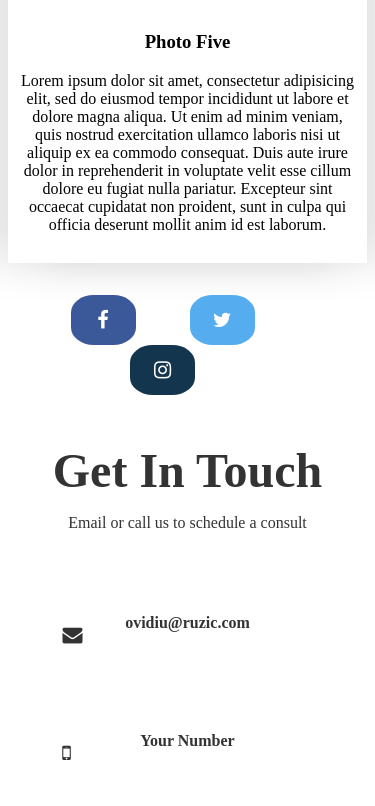
Repository: konstantin0s/mobile-photography
Page: index.html
The author's editor kept a copy of each file at every save. The page is drawn from the files as they stood at one save, then again after the next save.
The browser window is 375 px wide. The pictures show the part of the page from y = 3045 to 3901 px (the page is 3851 px tall before and 3901 px after).

Above is the page before, as saved 2019-05-11 15:17:15.

### index.html
<!DOCTYPE html>
<html lang="en" dir="ltr">
  <head>
    <meta charset="utf-8">
    <meta name="viewport" content="width=device-width, initial-scale=1.0">
    <meta http-equiv="X-UA-Compatible" content="ie=edge">
    <link rel="stylesheet" href="https://cdnjs.cloudflare.com/ajax/libs/font-awesome/4.7.0/css/font-awesome.min.css">
    <link rel="stylesheet" href="css/style.css">

    <title>Mobile Photography</title>
  </head>
  <body>
<main>
  <div id="landing" class="">
    <div id="landing-text" class="">
      <div id="landing-text-inner" class="">
       <img id="logo" src="img/logos.png" />
       <h1>Photography</h1>
        <a href="#images" class="btn" id="view-work">
          View Work
        </a>
      </div>
    </div>
    <div id="landing-image" class="">

    </div>
  </div>

  <div id="images" class="">
<div id="header">
  <h2>Our Work</h2>
</div>
<img src="https://source.unsplash.com/1600x900/?nature,water" alt="">
<div class="caption">
  <h3>Photo One</h3>
  <p>
    Lorem ipsum dolor sit amet, consectetur adipisicing elit, sed do eiusmod tempor incididunt ut labore et dolore magna aliqua. Ut enim ad minim veniam, quis nostrud exercitation ullamco laboris nisi ut aliquip ex ea commodo consequat. Duis aute irure dolor in reprehenderit in voluptate velit esse cillum dolore eu fugiat nulla pariatur. Excepteur sint occaecat cupidatat non proident, sunt in culpa qui officia deserunt mollit anim id est laborum.

  </p>
</div>

<img src="https://source.unsplash.com/1600x900/?nature,clouds" alt="">
<div class="caption">
  <h3>Photo Two</h3>
  <p>
    Lorem ipsum dolor sit amet, consectetur adipisicing elit, sed do eiusmod tempor incididunt ut labore et dolore magna aliqua. Ut enim ad minim veniam, quis nostrud exercitation ullamco laboris nisi ut aliquip ex ea commodo consequat. Duis aute irure dolor in reprehenderit in voluptate velit esse cillum dolore eu fugiat nulla pariatur. Excepteur sint occaecat cupidatat non proident, sunt in culpa qui officia deserunt mollit anim id est laborum.

  </p>
</div>

<img src="https://source.unsplash.com/1600x900/?nature,animals" alt="">
<div class="caption">
  <h3>Photo Three</h3>
  <p>
    Lorem ipsum dolor sit amet, consectetur adipisicing elit, sed do eiusmod tempor incididunt ut labore et dolore magna aliqua. Ut enim ad minim veniam, quis nostrud exercitation ullamco laboris nisi ut aliquip ex ea commodo consequat. Duis aute irure dolor in reprehenderit in voluptate velit esse cillum dolore eu fugiat nulla pariatur. Excepteur sint occaecat cupidatat non proident, sunt in culpa qui officia deserunt mollit anim id est laborum.

  </p>
</div>

<img src="https://source.unsplash.com/1600x900/?nature,trees" alt="">
<div class="caption">
  <h3>Photo Four/h3>
  <p>
    Lorem ipsum dolor sit amet, consectetur adipisicing elit, sed do eiusmod tempor incididunt ut labore et dolore magna aliqua. Ut enim ad minim veniam, quis nostrud exercitation ullamco laboris nisi ut aliquip ex ea commodo consequat. Duis aute irure dolor in reprehenderit in voluptate velit esse cillum dolore eu fugiat nulla pariatur. Excepteur sint occaecat cupidatat non proident, sunt in culpa qui officia deserunt mollit anim id est laborum.

  </p>
</div>

<img src="https://source.unsplash.com/1600x900/?nature,flowers" alt="">
<div class="caption">
  <h3>Photo Five</h3>
  <p>
    Lorem ipsum dolor sit amet, consectetur adipisicing elit, sed do eiusmod tempor incididunt ut labore et dolore magna aliqua. Ut enim ad minim veniam, quis nostrud exercitation ullamco laboris nisi ut aliquip ex ea commodo consequat. Duis aute irure dolor in reprehenderit in voluptate velit esse cillum dolore eu fugiat nulla pariatur. Excepteur sint occaecat cupidatat non proident, sunt in culpa qui officia deserunt mollit anim id est laborum.

  </p>
</div>

  </div>

</main>

<footer>
    <a href="#" class="fa fa-facebook"></a>
    <a href="#" class="fa fa-twitter"></a>
    <a href="#" class="fa fa-instagram"></a>

  <h3>Get In Touch</h3>
  <p>Email or call us to schedule a consult</p>
 <div class="container">
    <i class="fa fa-envelope fa-5x" aria-hidden="true"></i
      ><p><strong>ovidiu@ruzic.com</strong>
    </p> <br />
    <i class="fa fa-mobile fa-5x" aria-hidden="true"></i>
     <p> <strong>Your Number</strong></p>
 </div>
</footer>
<script
src="https://code.jquery.com/jquery-3.3.1.min.js"
integrity="sha256-FgpCb/KJQlLNfOu91ta32o/NMZxltwRo8QtmkMRdAu8="
crossorigin="anonymous"></script>
<script type="text/javascript" src="js/main.js">

</script>
  </body>
</html>

### css/style.css
import url('https://fonts.googleapis.com/css?family=Open+Sans');

body {
  font-family: 'Open Sans', sans-serif;
  margin: 0;
  background-color: #eee;
  height: auto;
}

h1{
  font-weight: 400;
  font-size: 2.5rem;
  text-transform: uppercase;
  margin: 0;
  border-bottom: 1px solid black;
  top: -90px;
  position: relative;
}

h2 {
  font-weight: 400;
  font-size: 1.2rem;
  text-transform: capitalize;
  margin: 0;
}

img {
  display: block;
  width: 100%;
}

#logo {
  top: -80px;
  position: relative;
}

main {
  max-width: 900px;
  margin: auto;
  box-shadow: 30px 0px 40px rgba(0,0,0,0.1), -30px 0px 40px rgba(0,0,0,0.1);
}

#landing {
  background: #fff;
  }

#landing-text {
display: flex;
flex: 0 1 40vw;
height: 50vh;
justify-content: center;
align-items: center;
text-align: center;
padding-right: 1rem;
padding-left: 1rem;
}

#landing-text h2 {
  color: #888;
}
.btn {
  padding: 0.5rem 2rem;
  border: 1px #ccc solid;
  display: inline-block;
  margin: 2rem 0 0;
  border-radius: 50px;
  text-decoration: none;
  color: #333;
  transition: background 500ms ease;
}

#landing-image {
  background: url(https://source.unsplash.com/De8wMYoSSBc);
  background-position: center;
  background-size: cover;
  background-repeat: no-repeat;
  height: 50vh;
  flex: 0 1 60vw;
  margin: 0;
}

.btn:hover {
  background: #f4f4f4;
}

#header {
  padding: 1.5rem;
  text-align: center;
  background: #333;
  color: #fff;
}

#header h2 {
  border-left: dotted 1px #fff;
  border-right: dotted 1px #fff;
display: inline-block;
padding-right: 1rem;
padding-left: 1rem;
}

.caption {
  padding: 0.8rem;
  text-align: center;
}

footer {
  text-align: center;
  padding: 2rem 1rem;
  margin: auto;
  color: #333;
}

footer h3 {
  font-size: 3rem;
  margin-bottom: 0;
}

.fa {
  padding: 20px;
  margin-right: 50px;
  font-size: 30px;
  width: 50px;
  text-align: center;
  text-decoration: none;
  border-radius: 45%;
}

/* Add a hover effect if you want */
.fa:hover {
  opacity: 0.7;
}

/* Set a specific color for each brand */

/* Facebook */
.fa-facebook {
  background: #3B5998;
  color: white;
}

/* Twitter */
.fa-twitter {
  background: #55ACEE;
  color: white;
}

/* Instagram */
.fa-instagram {
  background: rgb(19, 53, 78);
  color: white;
}

/* Email & Phone*/

.fa-envelope {
  position: relative;
  left:-90px;
 top: 62px;
}

.fa-mobile {
  position: relative;
  left:-96px;
 top: 62px;
}

.container {
  display: flex;
 flex-direction: column;
 justify-content: space-evenly;
 align-items: center;
}

/* Screen size 500px and up*/
@media(min-width: 500px) {
  #landing {
    display: flex;
    height: 100%;
  }
  #landing-text {
    height: 100vh;
  }
  #landing-image {
    height: 100vh;
  }
}

/* Screen size 700px and up*/
@media(min-width: 700px) {
  .btn {
    padding: 1rem 3rem;
  }
}

/* Screen size 700px and up*/
@media(max-width: 500px) {
  .btn {
    padding: 1rem 3rem;
  }


  #logo {
    display: flex;
    width: 200px;
    height: 150px;
    flex-direction: column;
    top: -30px;
    position: relative;
  }

  h1 {

    flex-direction: column;
    top: -20px;
  font-size: 28px;
  border-bottom: 1px solid black;
  }

  .fa {
    padding: 15px;
    margin-right: 50px;
    font-size: 20px;
    width: 35px;
    text-align: center;
    text-decoration: none;
    border-radius: 35%;
  }
}

### js/main.js
//animate smooth scroll
$('#view-work').on('click', function() {
  const images = $('#images').position().top;

  $('html, body').animate({
    scrollTop: images
  }, 900)
});

After the next save:
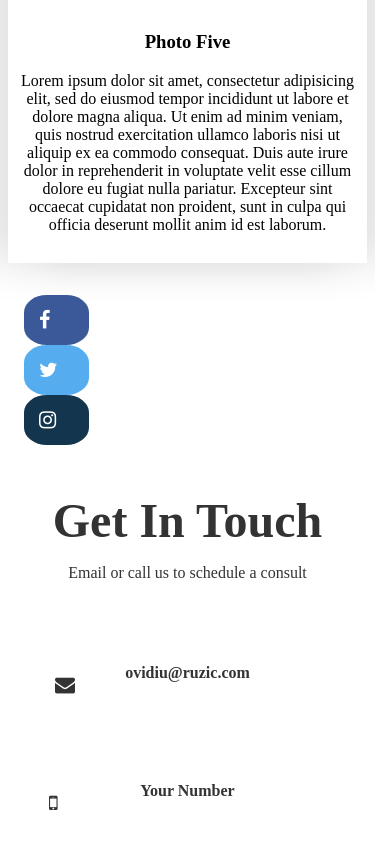
Saved 19 s later.
--- a/css/style.css
+++ b/css/style.css
@@ -224,5 +224,6 @@ footer h3 {
     text-align: center;
     text-decoration: none;
     border-radius: 35%;
-  }
-}
+    display: flex;
+  }
+}
